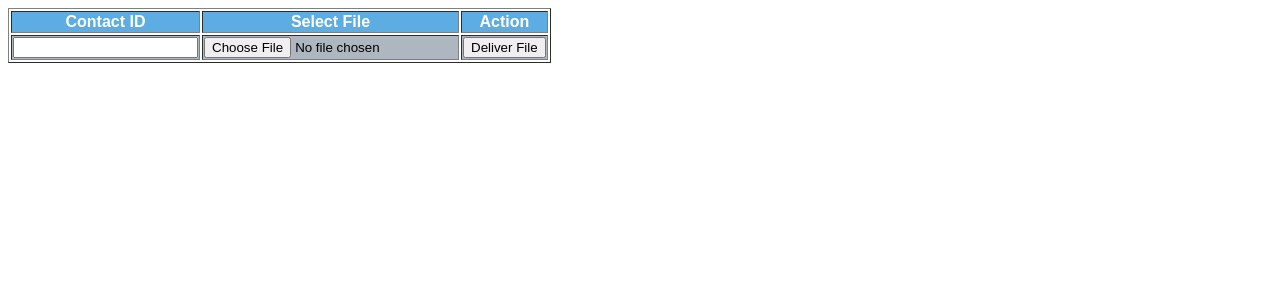
Repository: olyfis/penetration
Page: onelink/onelink/WebContent/test.html
An editor plug-in stored every save of this project. The page is shown before and after the next save, followed by the edit.
The browser window is 1280 px wide. The pictures show the whole page.

Above is the page before, as saved 2019-04-02 16:48:34.

### onelink/onelink/WebContent/test.html
<!DOCTYPE html>
<html>
<head>
<meta charset="ISO-8859-1">
<title>Insert title here</title>
</head>
<body>

<form action = "test.jsp" method = "post" enctype = "multipart/form-data">
<table  border="1" class="tablesorter"  >
	  <tr bgcolor="#5DADE2"  style="font-family: sans-serif; color: white;" >
	 <th class="a" >Contact ID</th>
	<th class="a" >Select File</th>
 	<th class="a" >Action</th>

	  </tr>
	   <tr>
	    <td bgcolor="#AEB6BF">


	    <input type="text" id="contractID" name="contractID"  maxlength="20" size="20">
	    </td>
  <td bgcolor="#AEB6BF"> <input type = "file" name = "file" size = "50" /></td>
	 <td bgcolor="#AEB6BF"><input type = "submit" value = "Deliver File" /></td>

	   </tr> </table>
	   </form>
</body>
</html>

After the next save:
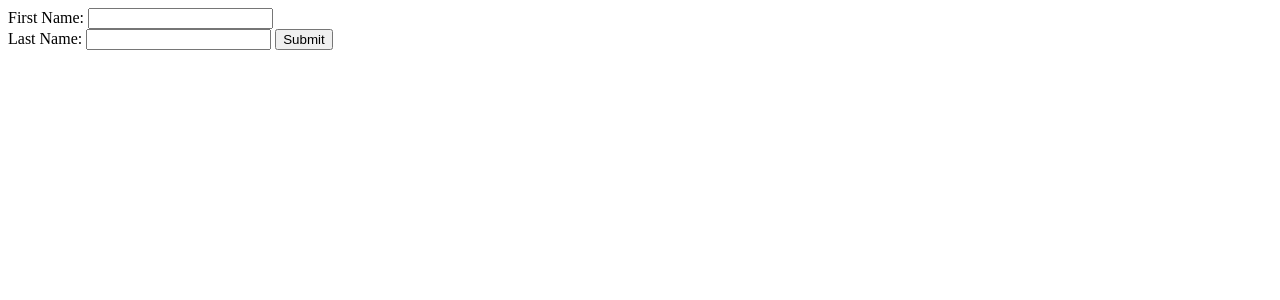
Saved 2 min 13 s later.
--- a/onelink/onelink/WebContent/test.html
+++ b/onelink/onelink/WebContent/test.html
@@ -1,29 +1,13 @@
 <!DOCTYPE html>
 <html>
-<head>
-<meta charset="ISO-8859-1">
-<title>Insert title here</title>
-</head>
-<body>
+   <body>
 
-<form action = "test.jsp" method = "post" enctype = "multipart/form-data">
-<table  border="1" class="tablesorter"  >
-	  <tr bgcolor="#5DADE2"  style="font-family: sans-serif; color: white;" >
-	 <th class="a" >Contact ID</th>
-	<th class="a" >Select File</th>
- 	<th class="a" >Action</th>
+      <form action = "test.jsp" method = "GET">
+         First Name: <input type = "text" name = "first_name">
+         <br />
+         Last Name: <input type = "text" name = "last_name" />
+         <input type = "submit" value = "Submit" />
+      </form>
 
-	  </tr>
-	   <tr>
-	    <td bgcolor="#AEB6BF">
-
-
-	    <input type="text" id="contractID" name="contractID"  maxlength="20" size="20">
-	    </td>
-  <td bgcolor="#AEB6BF"> <input type = "file" name = "file" size = "50" /></td>
-	 <td bgcolor="#AEB6BF"><input type = "submit" value = "Deliver File" /></td>
-
-	   </tr> </table>
-	   </form>
-</body>
+   </body>
 </html>
